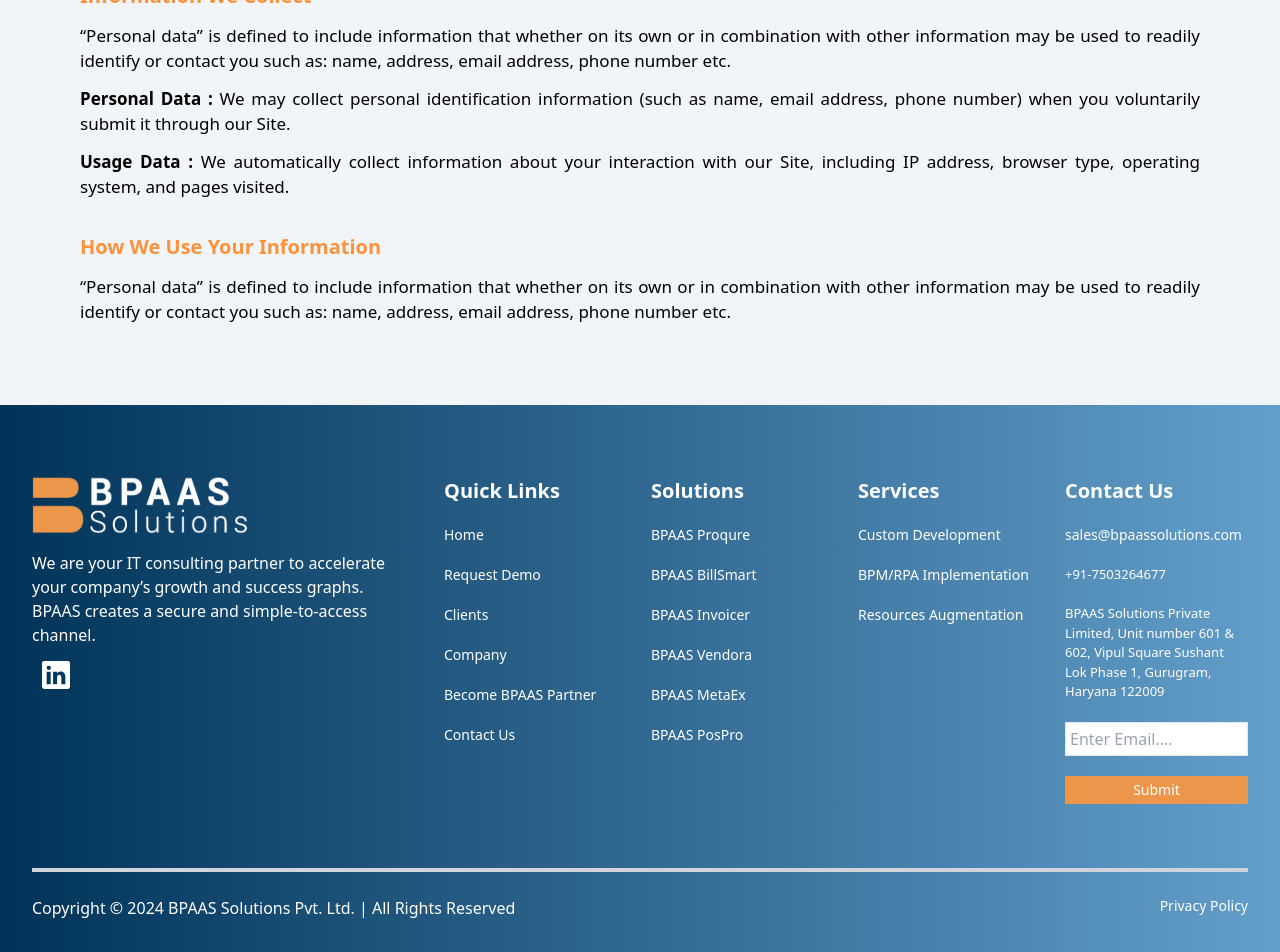
Repository: captainalpha/BP-Website
Page: /services/bp-services
The author's editor kept a copy of each file at every save. The page is drawn from the files as they stood at one save, then again after the next save.
The browser window is 1280 px wide. The pictures show the part of the page from y = 975 to 1927 px (the page is 1927 px tall before and 1901 px after).
The project was rebuilt for these pictures with package versions that can differ from the ones it lists, and the page was loaded fresh each time. The framework's server and built-in components were replaced by stand-ins that run in the browser. Also part of the build but not shown: next.config.js, components/common/TopBanner.js, components/common/SectionHeader.js.

Above is the page before, as saved 2024-08-13 15:31:11.

After the next save:
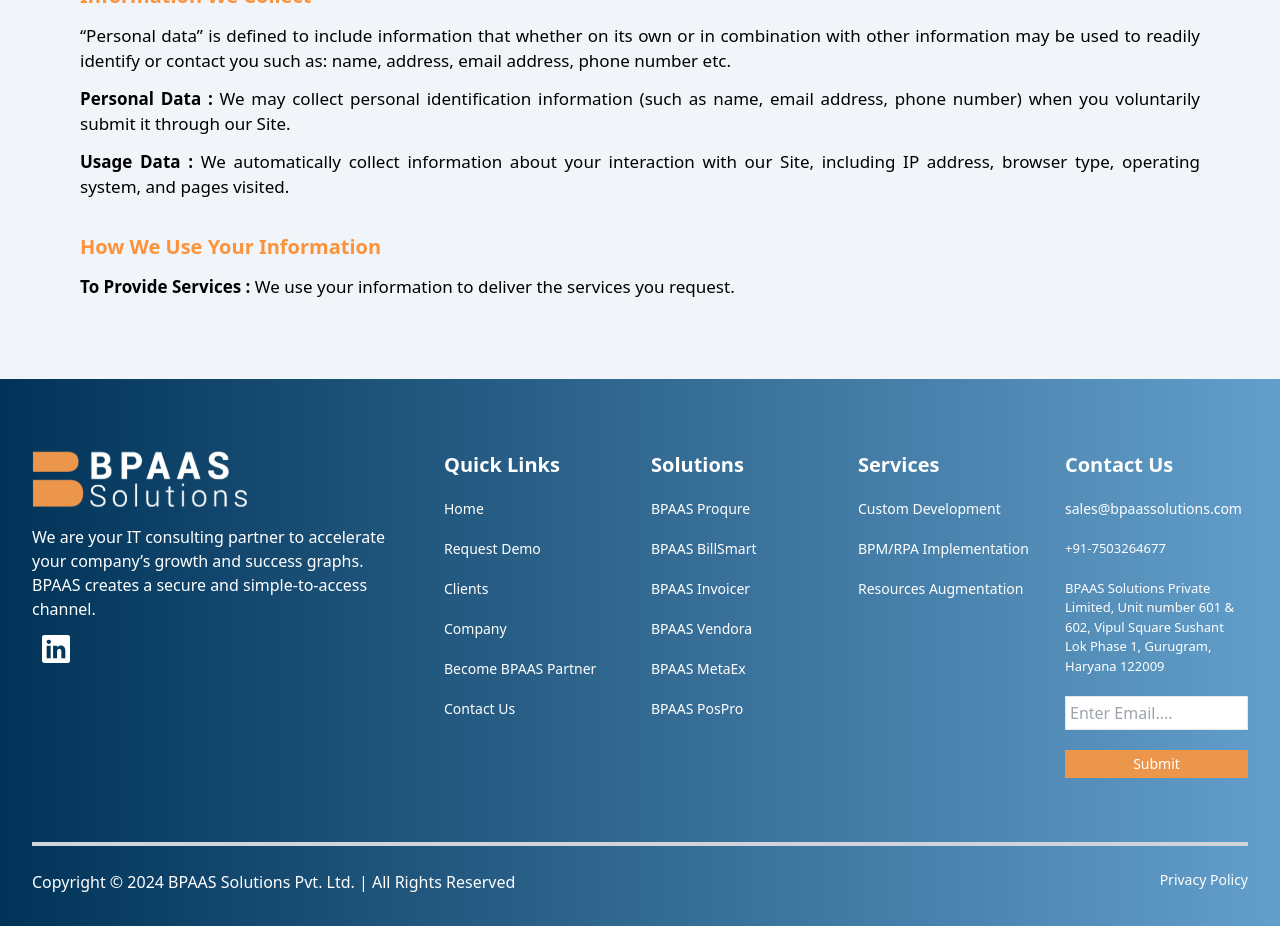
Saved 35 s later.
--- a/pages/services/bp-services.js
+++ b/pages/services/bp-services.js
@@ -77,10 +77,7 @@
             How We Use Your Information
             </h1>
             <p className="text-[17px] text-justify mt-3">
-              &ldquo;Personal data&rdquo; is defined to include information that
-              whether on its own or in combination with other information may be
-              used to readily identify or contact you such as: name, address,
-              email address, phone number etc.
+              <b>To Provide Services :</b> We use your information to deliver the services you request.
             </p>
           </div>
         </div>
